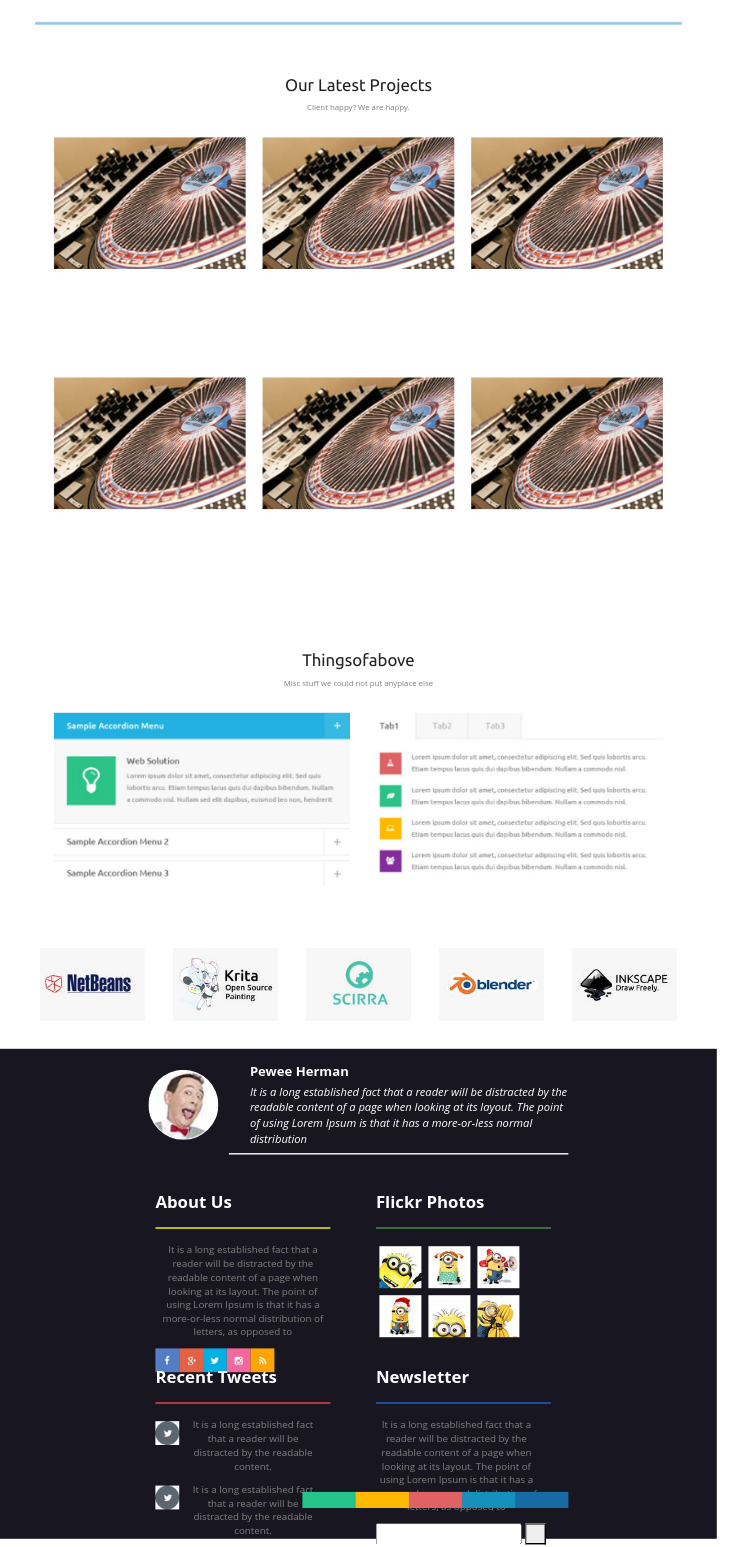
Repository: RenataDzotova/Metrolics-Renata-Beyonce
Page: index.html
An editor plug-in stored every save of this project. The page is shown before and after the next save, followed by the edit.
The browser window is 1024 px wide. The page is 1062 px wide, so the pictures cover 1062 px, including what lies to the right of the window. The pictures show the part of the page from y = 1676 to 3916 px (the page is 3886 px tall before and 3916 px after), at 70% of full size.
Some web fonts or font styles are not loaded; a fallback is used.

Above is the page before, as saved 2022-02-02 18:02:26.

### index.html
<!doctype html>
<html class="no-js" lang="">

<head>
  <meta charset="utf-8">
  <title>Metrolics</title>
  <meta name="description" content="">
  <meta name="viewport" content="width=device-width, initial-scale=1">

  <meta property="og:title" content="">
  <meta property="og:type" content="">
  <meta property="og:url" content="">
  <meta property="og:image" content="">

  <link rel="manifest" href="site.webmanifest">
  <link rel="apple-touch-icon" href="icon.png">
  <!-- Place favicon.ico in the root directory -->

  <link rel="preconnect" href="https://fonts.googleapis.com">
  <link rel="preconnect" href="https://fonts.gstatic.com" crossorigin>
  <link href="https://fonts.googleapis.com/css2?family=Chewy&family=Gluten:wght@600&family=Ubuntu:wght@300;400&display=swap" rel="stylesheet">
  <link rel="stylesheet" href="css/normalize.css">
  <link rel="stylesheet" href="css/main.css">
  <link rel="stylesheet" href="css/renata.css">

  <meta name="theme-color" content="#fafafa">
</head>

<body>

    <div class = "header">
        <div class = "navBar">
            <div class = "logo"> <img src = "photos/logo.jpg" alt = "logo"> </div>
            <div class="home"><img src="https://img.icons8.com/material-rounded/38/ffffff/home-page.png"/>Home</div>
            <div class="pages"><img src="https://img.icons8.com/windows/38/ffffff/code-fork--v1.png"/>Pages</div>
            <div class="blog"><img src="https://img.icons8.com/windows/38/ffffff/megaphone.png"/>Blog</div>
            <div class="portfolio"><img src="https://img.icons8.com/windows/38/ffffff/suitcase.png"/>Portfolio</div>
            <div class="contact"><img src="https://img.icons8.com/windows/38/ffffff/secured-letter--v1.png"/>Home</div>
        </div>
        <div class = "minions">
            <div class = "minions-div"><img src = "photos/Screen Shot 2022-01-25 at 2.02.28 PM.png" alt = "minion picture"></div>

        </div>
        <div class = "arrowOne"></div>
                <div class = "three-items">
                    <div class = "first-item">Metro Style</div>
                    <div class = "second-item">Retina Ready</div>
                    <div class = "third-item">Responsive Design</div>
                </div>
        <div class = "arrowTwo"></div>
    </div>


    <div class="MainContent">
        <div class= "page__intro">
            <div class="row">
                <h1 class="heading">
                    Hey guys! This is the Metrolics theme. It sports a responsive layout with a mobile layout.
                </h1>
            </div>
        </div>

        <section class="about">
            <div class="row l-col-4">
                    <div class="column span-full">
                        <h2 class="heading">
                            Things That We Do
                        </h2>
                        <p>Ask us what we can do for you</p>
                    </div>
                    <div class="column">
                        <figure class="project">
                            <img class="imgs" src="img/Bulb.png">
                            <h3 class="heading">Web Solutions</h3>
                            <p>We are a fairly small, flexible design studio that designs for print and web. We work flexibly with clients to fulfil their design needs. Whether you need to create a brand from scratch, including marketing materials and a beautiful and functional website or whether you are looking for a design refresh we are confident you will be pleased with the results.</p>
                        </figure>
                    </div>
                    <div class="column">
                        <figure class="project">
                            <img class="imgs" src="img/Pic.png">
                            <h3 class="heading">Photography</h3>
                            <p>We are a fairly small, flexible design studio that designs for print and web. We work flexibly with clients to fulfil their design needs. Whether you need to create a brand from scratch, including marketing materials and a beautiful and functional website or whether you are looking for a design refresh we are confident you will be pleased with the results.</p>
                        </figure>
                    </div>
                    <div class="column">
                        <figure class="project">
                            <img class="imgs" src="img/Gear.png">
                            <h3 class="heading">Web Developement</h3>
                            <p>We are a fairly small, flexible design studio that designs for print and web. We work flexibly with clients to fulfil their design needs. Whether you need to create a brand from scratch, including marketing materials and a beautiful and functional website or whether you are looking for a design refresh we are confident you will be pleased with the results.</p>
                        </figure>
                    </div>
                    <div class="column">
                        <figure class="project">
                            <img class="imgs" src="img/Pencil.png">
                            <h3 class="heading">Web Design</h3>
                            <p>We are a fairly small, flexible design studio that designs for print and web. We work flexibly with clients to fulfil their design needs. Whether you need to create a brand from scratch, including marketing materials and a beautiful and functional website or whether you are looking for a design refresh we are confident you will be pleased with the results.</p>
                        </figure>
                    </div>
                </div>
        </section>

        <section class="projects--new">
            <div class="row m-col-2 l-col-3">
                <div class="column span-full">
                    <h2 class="heading">
                        What's Up Lately?
                    </h2>
                    <p>Read up on our latest work<p>
                </div>
                <div class="column special-project">
                    <figure class="project">
                        <img src="img/Image-More.png" alt="Sample Image Post">
                    </figure>
                </div>
                <div class="column">
                    <figure class="project">
                        <img src="img/Image-More.png" alt="Sample Image Post">
                    </figure>
                </div>
                <div class="column">
                    <figure class="project">
                        <img src="img/Image-More.png" alt="Sample Image Post">
                    </figure>
                </div>
            </div>
        </section>
        <hr>
        <section class="projects">
            <div class="row m-col-2 l-col-3">
                <div class="column span-full">
                    <h2 class="heading">
                        Our Latest Projects
                    </h2>
                    <p>Client happy? We are happy.</p>
                </div>
                <div class="column">
                    <figure class="project">
                        <img src="img/Image.png" alt="Sample Image Post">
                        <div class="text"> <h4>Sample Image Post</h4> <h5>Photography</h5></div>
                        <div class="textimg"><img src="img/box.png"></div>
                    </figure>
                </div>
                <div class="column">
                    <figure class="project">
                        <img src="img/Image.png" alt="Sample Image Post">
                        <div class="text"> <h4>Sample Image Post</h4> <h5>Photography</h5></div>
                        <div class="textimg"><img src="img/box.png"></div>
                    </figure>
                </div>
                <div class="column">
                    <figure class="project">
                        <img src="img/Image.png" alt="Sample Image Post">
                        <div class="text"> <h4>Sample Image Post</h4> <h5>Photography</h5></div>
                        <div class="textimg"><img src="img/box.png"></div>
                    </figure>
                </div>
                <div class="column">
                    <figure class="project">
                        <img src="img/Image.png" alt="Sample Image Post">
                        <div class="text"> <h4>Sample Image Post</h4> <h5>Photography</h5></div>
                        <div class="textimg"><img src="img/box.png"></div>
                    </figure>
                </div>
                <div class="column">
                    <figure class="project">
                        <img src="img/Image.png" alt="Sample Image Post">
                        <div class="text"> <h4>Sample Image Post</h4> <h5>Photography</h5></div>
                        <div class="textimg"><img src="img/box.png"></div>
                    </figure>
                </div>
                <div class="column">
                    <figure class="project">
                        <img src="img/Image.png" alt="Sample Image Post">
                        <div class="text"> <h4>Sample Image Post</h4> <h5>Photography</h5></div>
                        <div class="textimg"><img src="img/box.png"></div>
                    </figure>
                </div>
            </div>
        </section>

        <section class="thingsofabove .s-hide">
            <div class="row l-col-2">
                <div class="column span-full">
                    <h2 class="heading">
                        Thingsofabove
                    </h2>
                    <p>Misc stuff we could not put anyplace else</p>
                </div>
                <div class="column">
                    <figure class="project">
                        <img src="img/Acordian.png" alt="Sample Image Post">
                    </figure>
                </div>
                <div class="column">
                    <figure class="project">
                        <img src="img/Tabs.png" alt="Sample Image Post">
                    </figure>
                </div>
            </div>
        </section>
  </div>

  <div class = "footer">
    <div class = "partners-logos">
        <div><img src = "photos/Client.jpg" alt = "partners"></div>
        <div><img src = "photos/krita.jpg" alt = "partners"></div>
        <div><img src = "photos/Scirra.jpg" alt = "partners"></div>
        <div><img src = "photos/blender.jpg" alt = "partners"></div>
        <div><img src = "photos/inkscape.jpg" alt = "partners"></div>
    </div>
    <div class = "footer-black">
        <div class = "footerBlack_content">
                <div class = "PeweeHerman">
                    <div class = "photo"><img src = "photos/portrait.jpg" alt = "photo"></div>
                    <div class = "text">
                        <h3>Pewee Herman</h3>
                        <i>It is a long established fact that a reader will be distracted by the readable content of a page when looking at its layout. The point of using Lorem Ipsum is that it has a more-or-less normal distribution </i>
                    </div>
                </div>
                <div class = "info-blocks">
                    <div class = "blockOne">
                        <div class = "textAbout"><h2>About Us</h2></div>
                        <p>It is a long established fact that a reader will be distracted by the readable content of a page when looking at its layout. The point of using Lorem Ipsum is that it has a more-or-less normal distribution of letters, as opposed to</p>
                        <div class = "social-media-icons">
                            <img src = "photos/btn-facebook.jpg" alt = "icon">
                            <img src = "photos/btn-google+.jpg" alt = "icon">
                            <img src = "photos/btn-twitter.jpg" alt = "icon">
                            <img src = "photos/btn-instagram.jpg" alt = "icon">
                            <img src = "photos/btn-rss.jpg" alt = "icon">
                        </div>
                    </div>
                    <div class = "blockTwo">
                        <div class = "textPhotos"><h2>Flickr Photos</h2></div>
                            <div class = "minion-pictures">
                                <img src = "photos/minion1.jpg" alt = "minion">
                                <img src = "photos/minion2.jpg" alt = "minion">
                                <img src = "photos/minion3.jpg" alt = "minion">
                                <img src = "photos/minion4.jpg" alt = "minion">
                                <img src = "photos/minion5.jpg" alt = "minion">
                                <img src = "photos/minion6.jpg" alt = "minion">
                            </div>
                    </div>
                    <div class = "blockThree">
                        <div class = "textTweets"><h2>Recent Tweets</h2></div>
                        <div class = "tweets">
                            <img src = "photos/icon-tweet.jpg" alt = "twitter-logo">
                            <p>It is a long established fact that a reader will be distracted by the readable content.</p>
                        </div>
                        <div class = "tweets">
                            <img src = "photos/icon-tweet.jpg" alt = "twitter-logo">
                            <p>It is a long established fact that a reader will be distracted by the readable content.</p>
                        </div>
                    </div>
                    <div class = "blockFour">
                        <div class = "textForm"><h2>Newsletter</h2></div>
                        <p>It is a long established fact that a reader will be distracted by the readable content of a page when looking at its layout. The point of using Lorem Ipsum is that it has a more-or-less normal distribution of letters, as opposed to</p>
                        <div class = "form">
                            <input type="email" id="email" name="email">
                            <button type="button"></button>
                        </div>
                    </div>

                </div>
                <div class = "colorfulThing">
                    <div><img src = "photos/coloured bars.jpg" alt = "blocks"></div>
                </div>
        </div>
</div>





  <script src="js/vendor/modernizr-3.11.2.min.js"></script>
  <script src="js/plugins.js"></script>
  <script src="js/main.js"></script>

  <!-- Google Analytics: change UA-XXXXX-Y to be your site's ID. -->
  <script>
    window.ga = function () { ga.q.push(arguments) }; ga.q = []; ga.l = +new Date;
    ga('create', 'UA-XXXXX-Y', 'auto'); ga('set', 'anonymizeIp', true); ga('set', 'transport', 'beacon'); ga('send', 'pageview')
  </script>
  <script src="https://www.google-analytics.com/analytics.js" async></script>
</body>

</html>

### css/renata.css
/* /////////////    THIS IS THE HEADER    ///////////// */

.header{
    display:flex;
    justify-content: center;
    align-items: center;
    flex-direction: column;
  }






  /* ////////////   NAVBAR    */
  .navBar{
    display: flex;
    flex-direction: row;
    justify-content: center;
    align-items: center;
    width: 1000px;
  }


  /* //////  nav bar icons and img /////// */
  .navBar .logo{
    margin: 0 40px 0 0;
  }

  .home img, .pages img, .blog img, .portfolio img, .contact img{
    width: 30px;
}

  .navBar .home{
    background-color: rgb(71, 148, 71);
    width: 100px;
    height: 100px;
    color: white;
    display: flex;
    flex-direction: column;
    justify-content: center;
    align-items: center;
  }

  .navBar .pages{
    background-color: rgb(236, 226, 77);
    width: 100px;
    height: 100px;
    color: white;
    display: flex;
    flex-direction: column;
    justify-content: center;
    align-items: center
  }

  .navBar .blog{
    background-color: rgb(236, 76, 76);
    width: 100px;
    height: 100px;
    color: white;
    display: flex;
    flex-direction: column;
    justify-content: center;
    align-items: center
  }

  .navBar .portfolio{
    background-color: rgb(99, 205, 212);
    width: 100px;
    height: 100px;
    color: white;
    display: flex;
    flex-direction: column;
    justify-content: center;
    align-items: center
  }

  .navBar .contact{
    background-color: rgb(34, 97, 214);
    width: 100px;
    height: 100px;
    color: white;
    display: flex;
    flex-direction: column;
    justify-content: center;
    align-items: center
  }






  /* //////  minion picture section  /////// */
  .minions{
    background-color: rgb(187, 187, 187);
    width: 100%;
    display: flex;
    justify-content: center;
    align-items:center;
    flex-direction: column;
  }

  .minions img{
      width: 1100px;
  }



  /* /////   text and arrows on minion picture  /////// */
  .first-item, .second-item, .third-item{
    background-color: lightgray;
    opacity: 50%;
    width: 170px;
    height: 35px;
    margin: 2px;
    top: -280px;
    left: -300px;
    padding-left: 10px;

  }

  .minions .three-items p{
    opacity: 100%;
  }

  .first-item{
    border-left:rgb(34, 97, 214) 5px solid;
    position: relative;
  }
  .second-item{
    border-left:rgb(236, 76, 76) 5px solid;
    position: relative;
  }
  .third-item{
    border-left:rgb(236, 226, 77)5px solid;
    position: relative;
  }









/* //////////////  logo pictures above footer ////////// */
  .partners-logos{
    display: flex;
    flex-direction: row;
    align-items: center;
    justify-content: center;
  }

  .partners-logos img{
    margin: 40px 20px 40px 20px;
    width: 150px;
  }







  /* ///////////     FOOTER      /////////  */

  .footer-black{
    background-color: rgb(24, 22, 32);
    display: flex;
    flex-direction: column;
    align-items: center;
    justify-content: center;
    height: 530px;
  }

  .footerBlack_content{
    width: 1000px;
    height: 450px;
    margin: 0px;
  }





  /* ////////// Pewee Herman Section ////////// */
  .PeweeHerman{
    display: flex;
    flex-direction: row;
    width: 1000px;
  }

  .PeweeHerman img{
    border-radius: 50%;
    margin: 30px 15px 20px 0;
    width: 100px;
  }

  .PeweeHerman .text{
    color: white;
    padding-bottom: 10px;
    margin-bottom: 20px;
    padding-left: 30px;
  }




  /* ////////// information blocks ////////// */

  .info-blocks h3{
    margin-bottom: 30px;
  }

  .text > h3{
    margin-bottom: 5px;
  }

  .info-blocks{
    display: flex;
    flex-direction: row;
    align-content: flex-start;
    width: 1000px;
  }

  .info-blocks p{
    font-size: 14px;
    margin-top: 0;
    padding-right: 20px;
  }

  .info-blocks div{
    width: 250px;
  }





  /* ///////  block one  ////// */
  .info-blocks .blockOne{
    display: flex;
    flex-direction: column;
    color:  white;
    width: 25%;
  }

  .info-blocks .social-media-icons{
    display: flex;
    flex-direction: row;
    width: 160px;
  }

  .textAbout{
    border-bottom: yellow 2px solid;
    margin-bottom: 20px;
  }





  /* ////// block two  //////// */
  .info-blocks .blockTwo{
    display: flex;
    flex-direction: column;
    color:  white;
    width: 25%;
  }

  .blockTwo .minion-pictures{
    display: flex;
    flex-direction: row;
    flex-wrap: wrap;
    width: 250px;
    height: 100px;
  }

  .blockTwo .minion-pictures>img{
    margin: 5px;
    width: 60px;
    height: 60px;
  }

  .textPhotos{
    border-bottom: rgb(71, 148, 71) 2px solid;
    margin-bottom: 20px;
  }





  /* ///////// block three  ///////// */
  .info-blocks .blockThree{
    display: flex;
    flex-direction: column;
    color: white;
  }

  .blockThree .tweets{
    display: flex;
    flex-direction: row;
  }

  .blockThree .tweets img{
    width: 34px;
    height: 34px;
    margin: 5px 15px 0 0;
  }

  .blockThree .tweets p{
    margin-top: 0px;
  }

  .textTweets{
    border-bottom: rgb(236, 76, 76) 2px solid;
    margin-bottom: 20px;
  }





  /* //////   block four   ///////// */
  .info-blocks .blockFour{
    display: flex;
    flex-direction: column;
    color: white;
  }


  .blockFour input{
    width: 200px;
  }

  .blockFour button{
    width: 30px;
    height: 30px;
    border-radius: 0;
    margin-left: 5px;
  }
  .form{
    display: flex;
    justify-content: flex-start;
  }

  .text{
    border-bottom: white 2px solid;
  }

  .textForm{
    border-bottom: rgb(34, 97, 214) 2px solid;
    margin-bottom: 20px;
  }





/* /////////////  colorful thing on the bottom  //////// */

  .colorfulThing{
    display: flex;
    justify-content: flex-end;
    margin-top: 40px;
  }





  /* //////////////// media queries //////////// */

  @media screen and (max-width: 74.9375em) {
    .footerBlack_content{
        width: 600px;
        height: 1000px;
    }

    .footer-black{
        height: 700px;
    }

    .PeweeHerman{
        width: 600px;
    }

    .info-blocks{
        display: grid;
        grid-template-columns: auto auto;
        grid-template-rows: 150px 150px;
        width: 600px;
        grid-gap: 100px 10px;
        padding: 10px;
    }

    .blockOne p{
        width: 250px;
    }

    /* .info-blocks{
        display: flex;
        flex-direction: row;
        align-content: flex-start;
        width: 600px;
    } */


}

Loaded but not shown: css/normalize.css (library); js/vendor/modernizr-3.11.2.min.js (library); js/plugins.js (24 lines, source omitted); css/main.css (460 lines, source omitted); js/main.js (no stored copy; drawn as an empty file)

After the next save:
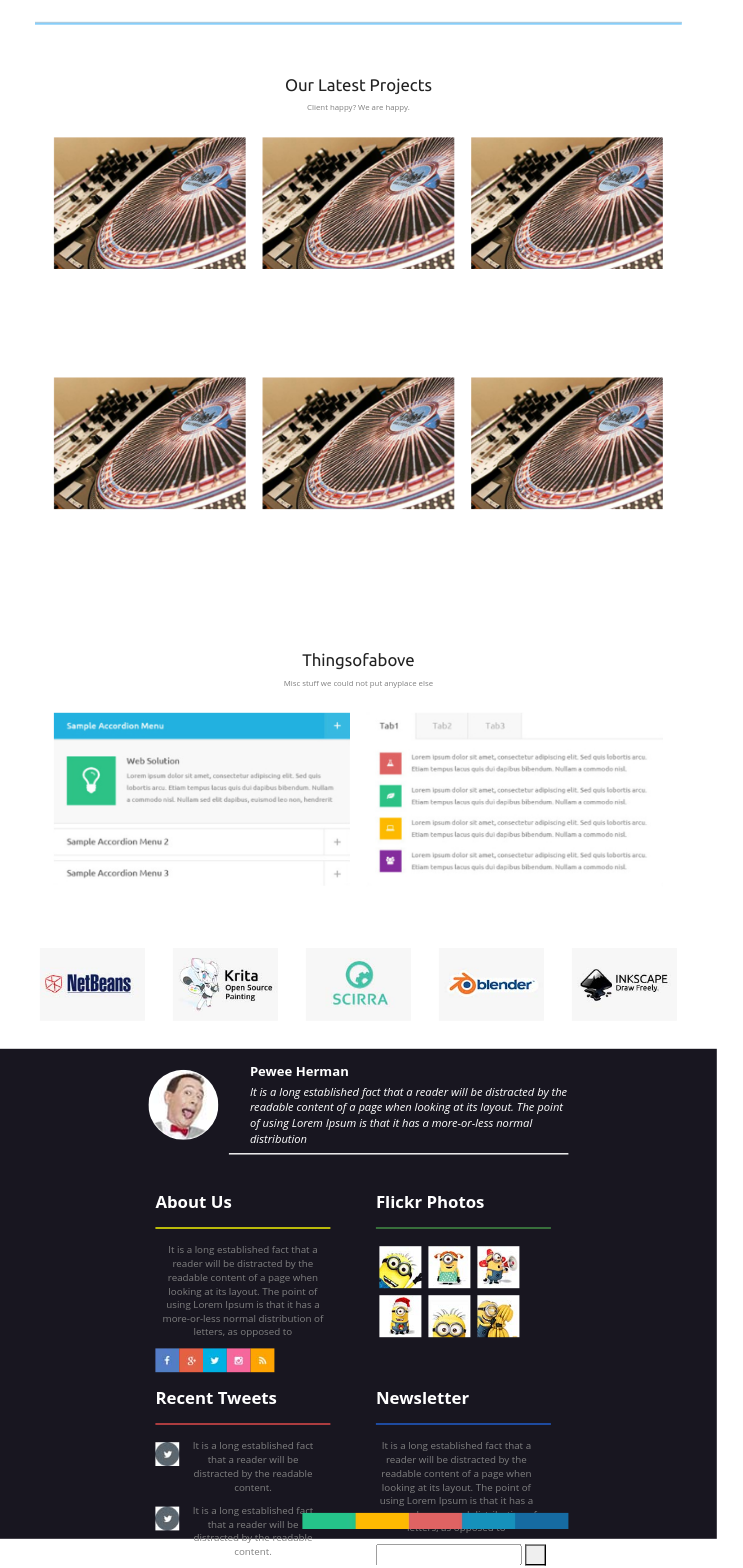
Saved 13 s later.
--- a/css/renata.css
+++ b/css/renata.css
@@ -393,7 +393,7 @@
         grid-template-columns: auto auto;
         grid-template-rows: 150px 150px;
         width: 600px;
-        grid-gap: 100px 10px;
+        grid-gap: 130px 10px;
         padding: 10px;
     }
 
